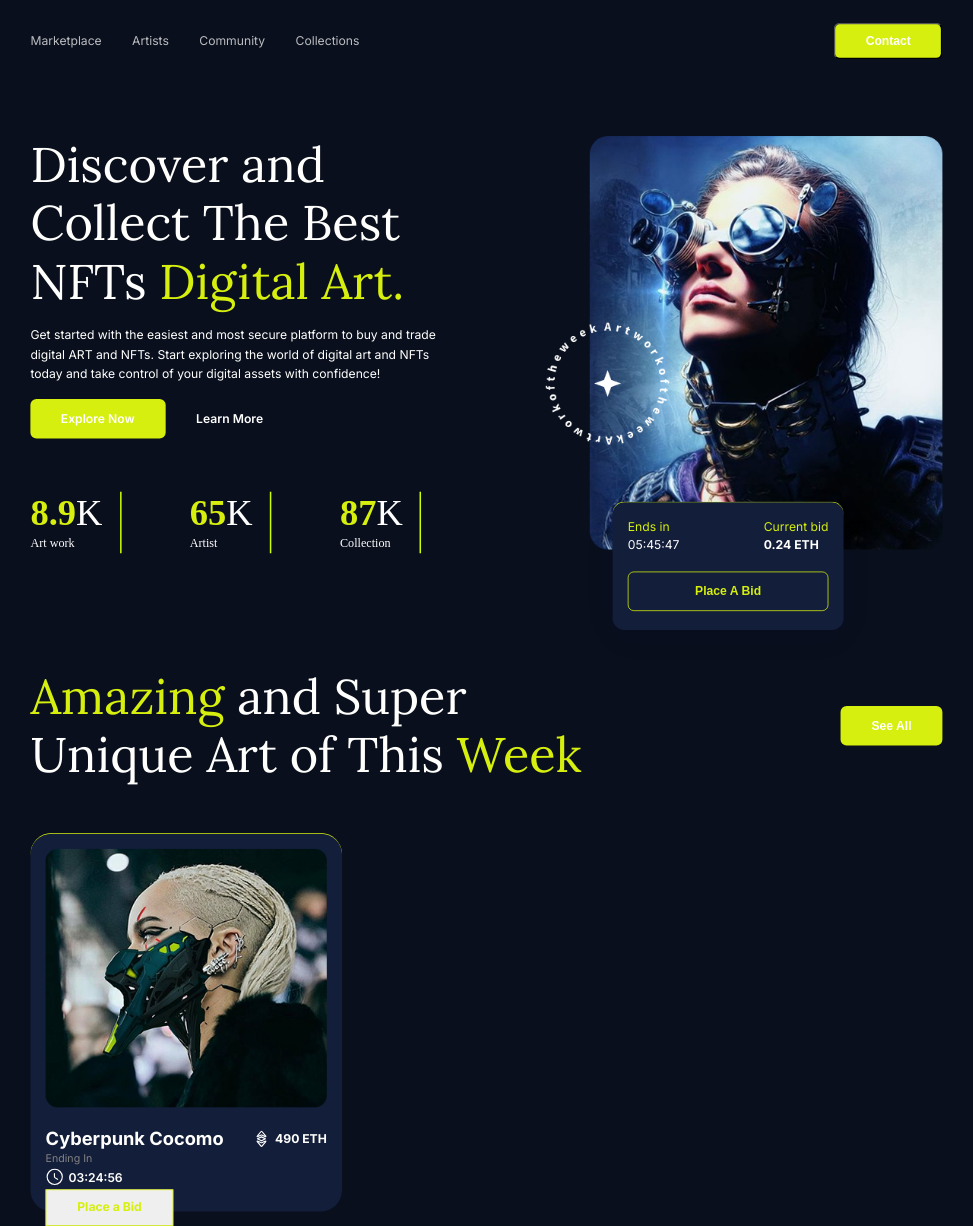
Repository: Kamron5505/NftMarketplace
Page: index.html
The author's editor kept a copy of each file at every save. The page is drawn from the files as they stood at one save, then again after a run of saves.
The browser window is 1280 px wide. The pictures show the whole page, at 76% of full size.

Above is the page before, as saved 2025-07-09 14:05:14.

After the next 2 saves:
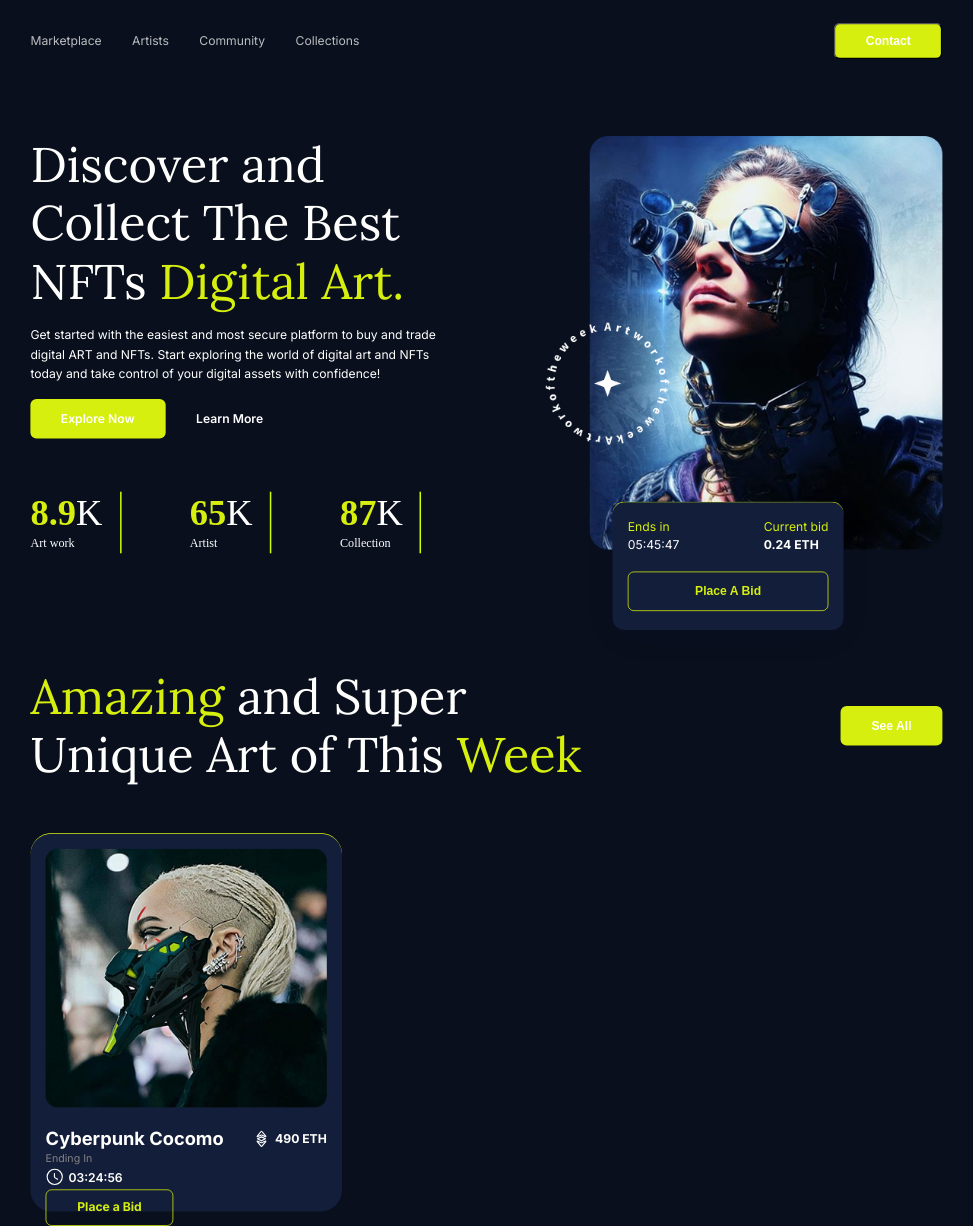
The 2 saves are shown as one change because they came seconds apart.
The last was saved 7 s later.
--- a/style.css
+++ b/style.css
@@ -359,10 +359,10 @@ h6 {
     color: #fffffd;
 }
 
-    .art-card__btn-bid {
+.art-card__btn-bid {
     font-family: "Inter", sans-serif;
     border: 1px solid #d6ef0e;
-    bgtra
+    background: transparent;
     border-radius: 8px;
     padding: 12px 40px;
     width: 168px;
